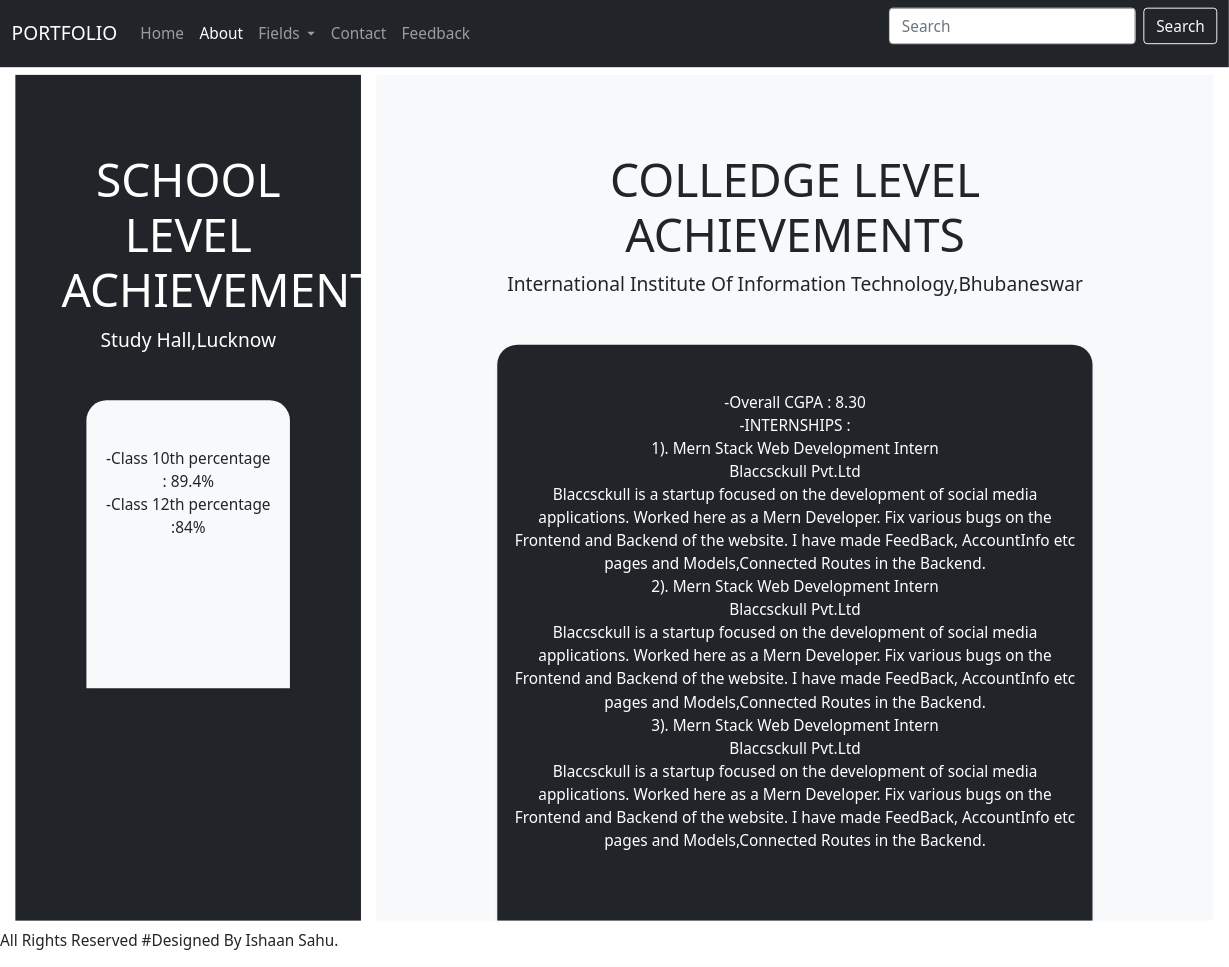
Repository: ishaan51551/Ishaan-s-Portfolio-
Page: about.html
An editor plug-in stored every save of this project. The page is shown before and after a run of saves, followed by the edit.
The browser window is 1280 px wide. The pictures show the whole page, at 96% of full size.

Above is the page before, as saved 2023-09-13 16:06:16.

### about.html
</body>

</html>

<!doctype html>
<html lang="en">

<head>
  <!-- Required meta tags -->
  <meta charset="utf-8">
  <meta name="viewport" content="width=device-width, initial-scale=1">

  <!-- Bootstrap CSS -->
  <link href="https://cdn.jsdelivr.net/npm/bootstrap@5.1.1/dist/css/bootstrap.min.css" rel="stylesheet"
    integrity="sha384-F3w7mX95PdgyTmZZMECAngseQB83DfGTowi0iMjiWaeVhAn4FJkqJByhZMI3AhiU" crossorigin="anonymous">

  <title>Ishaan Sahu Portfolio</title>
</head>

<body>


  <!-- NAVBAR -->
  <nav class="navbar navbar-expand-lg navbar-dark bg-dark">
    <div class="container-fluid">
      <a class="navbar-brand" href="#">PORTFOLIO </a>
      <button class="navbar-toggler" type="button" data-bs-toggle="collapse" data-bs-target="#navbarSupportedContent"
        aria-controls="navbarSupportedContent" aria-expanded="false" aria-label="Toggle navigation">
        <span class="navbar-toggler-icon"></span>
      </button>
      <div class="collapse navbar-collapse" id="navbarSupportedContent">
        <ul class="navbar-nav me-auto mb-2 mb-lg-0">
          <li class="nav-item">
            <a class="nav-link " aria-current="page" href="index.html">Home</a>
          </li>
          <li class="nav-item">
            <a class="nav-link active" href="/about.html">About</a>
          </li>
          <li class="nav-item dropdown">
            <a class="nav-link dropdown-toggle" href="#" id="navbarDropdown" role="button" data-bs-toggle="dropdown"
              aria-expanded="false">
              Fields
            </a>
            <ul class="dropdown-menu" aria-labelledby="navbarDropdown">
              <li><a class="dropdown-item" href="programming.html">Programming</a></li>
              <li><a class="dropdown-item" href="webdev.html">Web Devlopment</a></li>
              <li>
                <hr class="dropdown-divider">
              </li>
              <li><a class="dropdown-item" href="extracurricular.html">Extra Curricular</a></li>
            </ul>
          </li>
          <li class="nav-item">
            <a class="nav-link " aria-current="page" href="contact.html">Contact</a>
          </li>

          <li class="nav-item">
            <a class="nav-link" href="feedback.html">Feedback</a>

          </li>

        </ul>
        <form class="d-flex">
          <input class="form-control me-2" type="search" placeholder="Search" aria-label="Search">
          <button class="btn btn-outline-light" type="submit">Search</button>

        </form>
      </div>
    </div>
  </nav>

  <!-- Optional JavaScript; choose one of the two! -->

  <!-- Option 1: Bootstrap Bundle with Popper -->
  <script src="https://cdn.jsdelivr.net/npm/bootstrap@5.1.1/dist/js/bootstrap.bundle.min.js"
    integrity="sha384-/bQdsTh/da6pkI1MST/rWKFNjaCP5gBSY4sEBT38Q/9RBh9AH40zEOg7Hlq2THRZ"
    crossorigin="anonymous"></script>



  <!-- boxes -->
  <div class="d-md-flex flex-md-equal w-100my-md-3 ps-md-3 my-2 justify-content-center align item center">
    <div class="bg-dark me-md-3 pt-3 px-3 pt-md-5 px-md-5 text-center text-white overflow-hidden">
      <div class="my-3 py-3 ">
        <h2 class="display-5">SCHOOL LEVEL ACHIEVEMENTS</h2>
        <p class="lead">Study Hall,Lucknow</p>
      </div>
      <div class="bg-light shadow-sm mx-auto" style="width: 80%; height: 300px; border-radius: 21px 21px 0 0;">
        <p class="dance text-dark overfow-hidden text-center px-3 py-5">-Class 10th percentage : 89.4%</br>
          -Class 12th percentage :84%</br>

        </p>

      </div>
    </div>
    <div class="bg-light me-md-3 pt-3 px-3 pt-md-5 px-md-5 text-center overflow-hidden">
      <div class="my-3 p-3">
        <h2 class="display-5">COLLEDGE LEVEL ACHIEVEMENTS</h2>
        <p class="lead">International Institute Of Information Technology,Bhubaneswar</p>
      </div>
      <div class="bg-dark shadow-sm mx-auto" style="width: 80%; height: 600px; border-radius: 21px 21px 0 0;">
        <p class="swing text-white text-center px-3 py-5">
          -Overall CGPA : 8.30</br>
          -INTERNSHIPS :</br>
          1). Mern Stack Web Development Intern<br>
          Blaccsckull Pvt.Ltd<br>
          Blaccsckull is a startup focused on the development of social media applications. Worked here as a Mern
          Developer.
          Fix various bugs on the Frontend and Backend of the website.
          I have made FeedBack, AccountInfo etc pages and Models,Connected Routes in the Backend.
          <br>
          2). Mern Stack Web Development Intern<br>
          Blaccsckull Pvt.Ltd<br>
          Blaccsckull is a startup focused on the development of social media applications. Worked here as a Mern
          Developer.
          Fix various bugs on the Frontend and Backend of the website.
          I have made FeedBack, AccountInfo etc pages and Models,Connected Routes in the Backend.
          <br>
          3). Mern Stack Web Development Intern<br>
          Blaccsckull Pvt.Ltd<br>
          Blaccsckull is a startup focused on the development of social media applications. Worked here as a Mern
          Developer.
          Fix various bugs on the Frontend and Backend of the website.
          I have made FeedBack, AccountInfo etc pages and Models,Connected Routes in the Backend.
        </p>
      </div>
    </div>
  </div>

  <!-- FOOTER  -->
  <footer class="blog-footer">
    <p>All Rights Reserved #Designed By Ishaan Sahu.</p>
    <p>

    </p>
  </footer>
</body>

</html>

After the next 3 saves:
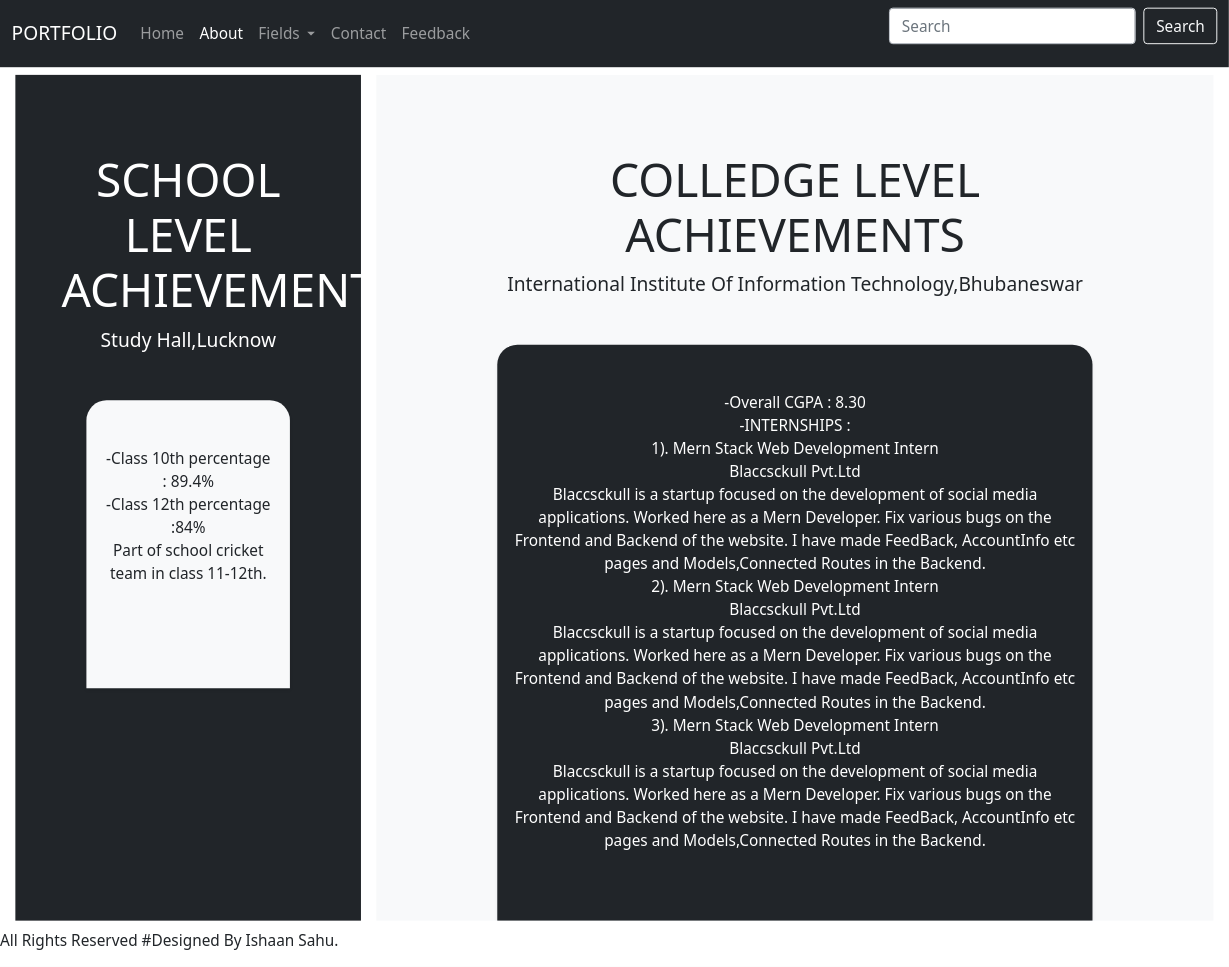
The 3 saves are shown as one change because they came seconds apart.
The last was saved 9 s later.
--- a/about.html
+++ b/about.html
@@ -88,7 +88,7 @@
       <div class="bg-light shadow-sm mx-auto" style="width: 80%; height: 300px; border-radius: 21px 21px 0 0;">
         <p class="dance text-dark overfow-hidden text-center px-3 py-5">-Class 10th percentage : 89.4%</br>
           -Class 12th percentage :84%</br>
-
+          Part of school cricket team in class 11-12th.<br>
         </p>
 
       </div>
